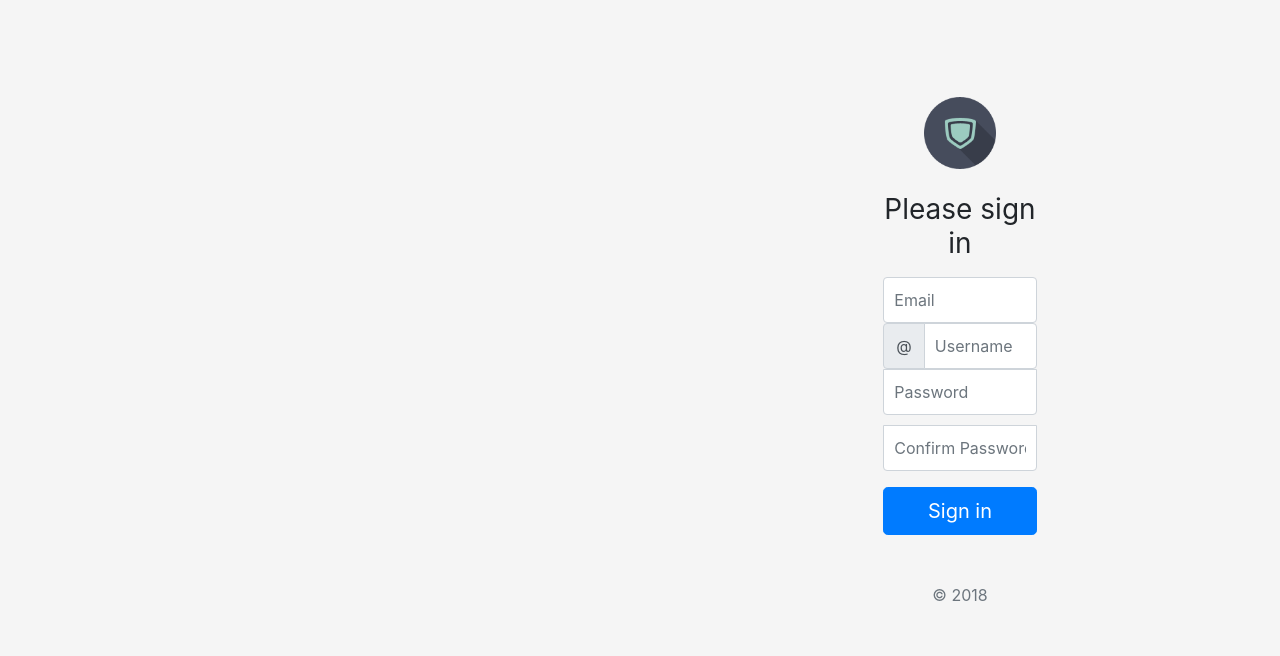
Repository: DonWhelan/Request-Hub
Page: http://localhost/userRegister.php
The author's editor kept a record of every edit. The page is drawn from the files as they stood at one moment, then again after the next edit.
The browser window is 1280 px wide. The pictures show the whole page.
The page is run by PHP 8.4 with error messages shown; the project is at /var/www/html/.

Above is the page before.

After the next edit:
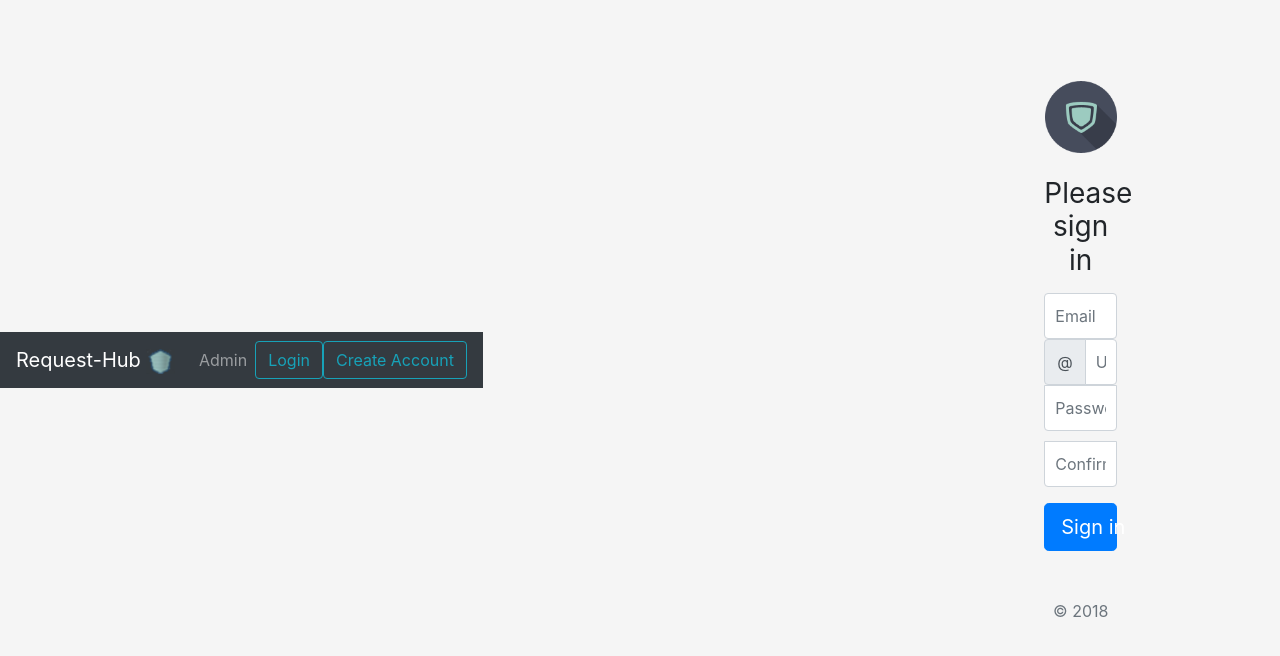
The edit:
--- a/userRegister.php
+++ b/userRegister.php
@@ -17,6 +17,10 @@
 </head>
 
 <body class="text-center">
+
+    <?php
+		include("includes/pageIncludes/TopNav.php");
+	?>
     <div class="container">
         <div class="row">
             <div class="col-sm-12" style="height:130px">
